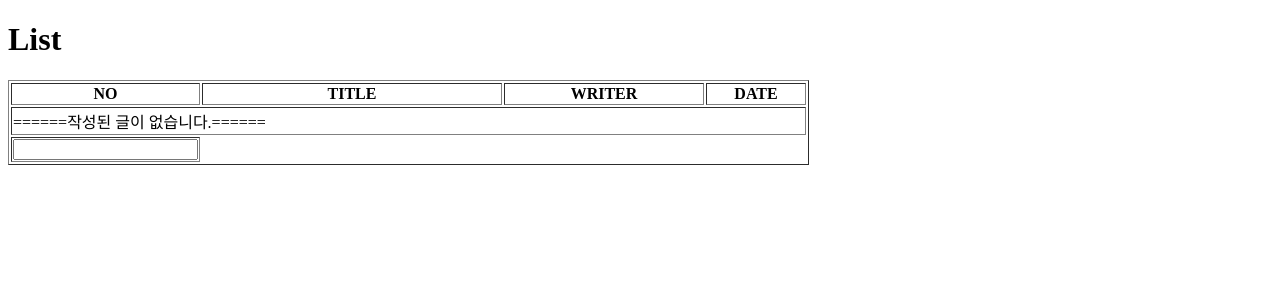
Repository: leedh909/Academy-web-
Page: http://localhost/Jsp09_AnswerBoard/
An editor plug-in stored every save of this project. The page is shown before and after the next save, followed by the edit.
The browser window is 1280 px wide. The pictures show the whole page.
The page is served by Tomcat 9. Other server files are loaded and not shown. Queries for data that is not in the repository find no rows.

Above is the page before, as saved 2020-07-08 02:08:52.

### 실습자료/eclipse-servlet/Jsp09_AnswerBoard/WebContent/index.jsp
<%@ page language="java" contentType="text/html; charset=UTF-8"
    pageEncoding="UTF-8"%>

<% request.setCharacterEncoding("UTF-8"); %>
<% response.setContentType("text/html; charset=UTF-8"); %>

<!DOCTYPE html>
<html>
<head>
<meta charset="UTF-8">
<title>Insert title here</title>
</head>
<body>
	<jsp:forward page="answer.do?command=list"></jsp:forward>
</body>
</html>

### 실습자료/eclipse-servlet/Jsp09_AnswerBoard/WebContent/boardlist.jsp
<%@ page language="java" contentType="text/html; charset=UTF-8"
    pageEncoding="UTF-8"%>

<% request.setCharacterEncoding("UTF-8"); %>
<% response.setContentType("text/html; charset=UTF-8"); %>

<%@ taglib prefix="c" uri="http://java.sun.com/jsp/jstl/core" %>

<!DOCTYPE html>
<html>
<head>
<meta charset="UTF-8">
<title>Insert title here</title>
</head>
<body>
	<h1>List</h1>
	<table border="1">
		<col width="100"><col width="300">
		<col width="200"><col width="100">
		<tr>
			<th>NO</th>
			<th>TITLE</th>
			<th>WRITER</th>
			<th>DATE</th>
		</tr>
		<c:choose>
			<c:when test="${empty list }">
				<tr>
					<td colspan="4"> ======작성된 글이 없습니다.======</td>
				</tr>
			</c:when>
			<c:otherwise>
				<c:forEach var="dto" items="${list}">
					<tr>
						<td>${dto.boardno }</td>
						<td>${dto.title }</td>
						<td>${dto.writer }</td>
						<td>${dto.regdate }</td>

					</tr>
				</c:forEach>
			</c:otherwise>
		</c:choose>
		<tr>
			<td>
				<input>
			</td>
		</tr>






	</table>












</body>
</html>

### 실습자료/eclipse-servlet/Jsp09_AnswerBoard/src/com/answer/dao/AnswerDao.java
package com.answer.dao;

import static common.JDBCTemplate.*;

import java.sql.Connection;
import java.sql.PreparedStatement;
import java.sql.ResultSet;
import java.sql.SQLException;
import java.util.ArrayList;
import java.util.List;

import com.answer.dto.AnswerDto;


public class AnswerDao {

	//전체
	public List<AnswerDto> selectAll(){

		Connection con = getConnection();
		PreparedStatement pstm = null;
		ResultSet rs = null;
		List<AnswerDto> res = new ArrayList<AnswerDto>();
		String sql = "SELECT * FROM ANSWERBOARD ORDER BY GROUPNO DESC, GROUPSQ";

		try {
			pstm = con.prepareStatement(sql);
			System.out.println("03. query 준비: "+sql);

			rs = pstm.executeQuery();
			System.out.println("04. query 실행 및 리턴");
			while(rs.next()) {

				AnswerDto dto = new AnswerDto();
				dto.setBoardno(rs.getInt(1));
				dto.setGroupno(rs.getInt(2));
				dto.setGroupsq(rs.getInt(3));
				dto.setTitletab(rs.getInt(4));
				dto.setTitle(rs.getString(5));
				dto.setContent(rs.getString(6));
				dto.setWriter(rs.getString(7));
				dto.setRegdate(rs.getDate(8));

				res.add(dto);
			}
		} catch (SQLException e) {
			System.out.println("03/04 단계 오류");
			e.printStackTrace();
		}finally {
			close(rs);
			close(pstm);
			close(con);
			System.out.println("05. db 종료 \n");
		}

		return res;
	}
















}

### 실습자료/eclipse-servlet/Jsp09_AnswerBoard/src/common/JDBCTemplate.java
package common;

import java.sql.Connection;
import java.sql.DriverManager;
import java.sql.PreparedStatement;
import java.sql.ResultSet;
import java.sql.SQLException;
import java.sql.Statement;

public class JDBCTemplate {

	public static Connection getConnection() {

		try {
			Class.forName("oracle.jdbc.driver.OracleDriver");
			System.out.println("01. 드라이버 연결");
		} catch (ClassNotFoundException e) {
			System.out.println("01. 드라이버 연결 오류");
			e.printStackTrace();
		}

		String url="jdbc:oracle:thin:@localhost:1521:xe";
		String id="KH";
		String pw="KH";

		Connection con = null;
		try {
			con = DriverManager.getConnection(url,id,pw);
			System.out.println("02. 계정 연결");

			con.setAutoCommit(false);


		} catch (SQLException e) {
			System.out.println("02. 계정 연결 오류");
			e.printStackTrace();
		}


		return con;
	}

	public static boolean isConnection(Connection con) {
		//현재 커넥션 객체가 연결되있냐 아니냐를 판단해주는
		boolean valid = true;

		try {
			if(con==null || con.isClosed()) {
				valid = false;
			}
		}catch(SQLException e) {
			e.printStackTrace();
		}

		return valid;
	}

	public static void close(Connection con) {
		if(isConnection(con)) {
			try {
				con.close();
			} catch (SQLException e) {
				e.printStackTrace();
			}
		}
	}
	public static void close(Statement stmt) {
		if(stmt != null) {
			try {
				stmt.close();
			} catch (SQLException e) {
				e.printStackTrace();
			}
		}
	}
	public static void close(ResultSet rs) {
		if(rs != null) {
			try {
				rs.close();
			} catch (SQLException e) {
				e.printStackTrace();
			}
		}
	}

	public static void commit(Connection con) {
		if(isConnection(con)) {
			try {
				con.commit();
			} catch (SQLException e) {
				e.printStackTrace();
			}
		}
	}
	public static void rollback(Connection con) {
		if(isConnection(con)) {
			try {
				con.rollback();
			} catch (SQLException e) {
				e.printStackTrace();
			}
		}
	}










}

After the next save:
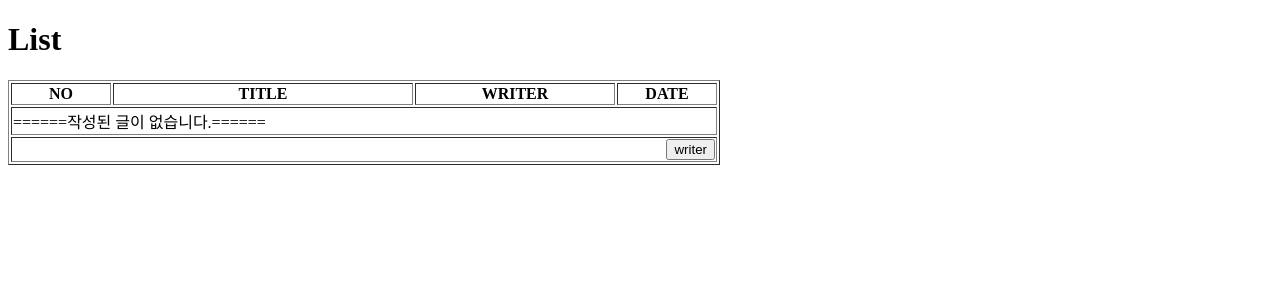
Saved 83 s later.
--- a/실습자료/eclipse-servlet/Jsp09_AnswerBoard/WebContent/boardlist.jsp
+++ b/실습자료/eclipse-servlet/Jsp09_AnswerBoard/WebContent/boardlist.jsp
@@ -36,14 +36,13 @@
 						<td>${dto.title }</td>
 						<td>${dto.writer }</td>
 						<td>${dto.regdate }</td>
-
 					</tr>
 				</c:forEach>
 			</c:otherwise>
 		</c:choose>
 		<tr>
-			<td>
-				<input>
+			<td colspan="4" align="right">
+				<input type="button" value="writer" onclick="">
 			</td>
 		</tr>
 
